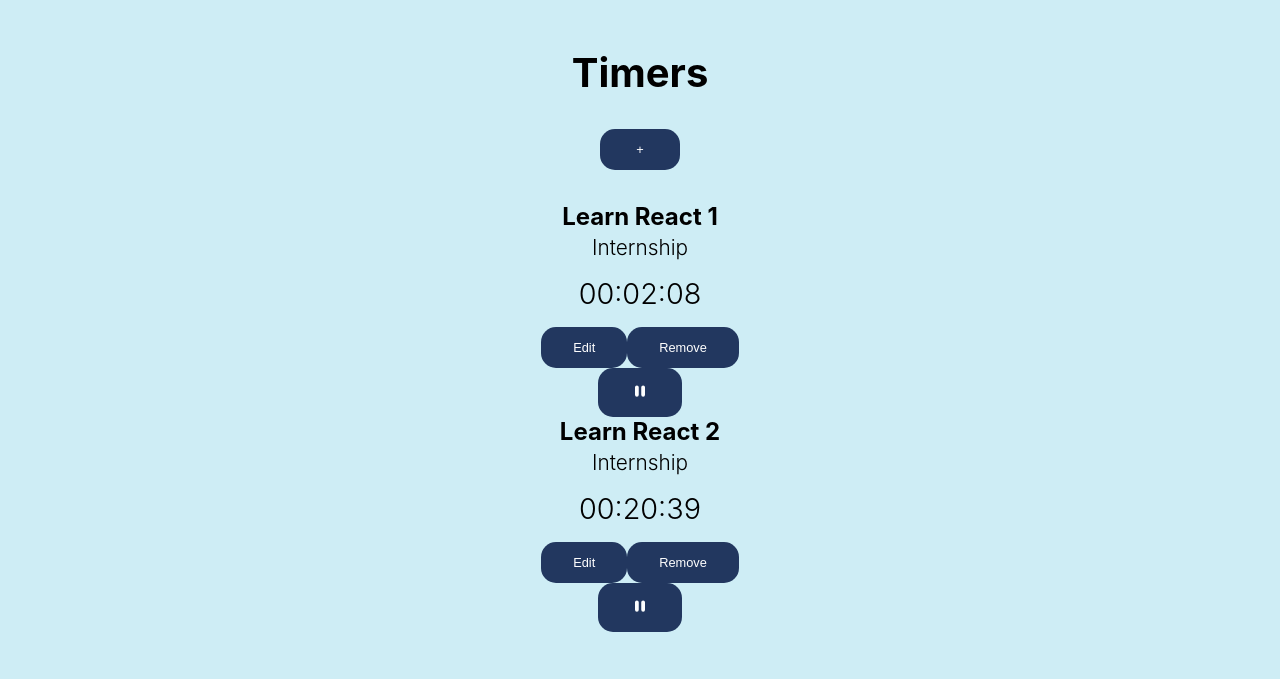
Repository: dqhuy153/react-timer
Page: /
These files come from the project's save history. The page is drawn as it stood at one moment and after the next save; the edit follows.
The browser window is 1280 px wide. The pictures show the whole page.
The project was rebuilt for these pictures with package versions that can differ from the ones it lists, and the page was loaded fresh each time. Also part of the build but not shown: src/components/TimerForm/TimerForm.module.scss, src/components/TimerForm/index.jsx, src/components/EditableTimerForm/EditableTimerForm.module.scss.

Above is the page before, as saved 2021-10-26 17:25:36.

### src/index.css
* {
  padding: 0;
  margin: 0;
  box-sizing: border-box;
}

body {
  margin: 0;
  font-family: -apple-system, BlinkMacSystemFont, 'Segoe UI', 'Roboto', 'Oxygen',
    'Ubuntu', 'Cantarell', 'Fira Sans', 'Droid Sans', 'Helvetica Neue',
    sans-serif;
  -webkit-font-smoothing: antialiased;
  -moz-osx-font-smoothing: grayscale;

  font-size: 62.5%;
}

code {
  font-family: source-code-pro, Menlo, Monaco, Consolas, 'Courier New',
    monospace;
}

### src/App.js
import { useEffect, useRef, useState } from 'react';
import './App.scss';

import EditableTimerForm from './components/EditableTimerForm';
import ToggleableTimerForm from './components/ToggeableTimerForm';
import { newTimer } from './utils/TimerUtils';

function App() {
  const timerRef = useRef();
  const [timers, setTimers] = useState([
    {
      id: 1,
      title: 'Learn React 1',
      project: 'Internship',
      time: 123454,
      isRunning: true,
    },
    {
      id: 2,
      title: 'Learn React 2',
      project: 'Internship',
      time: 1234545,
      isRunning: true,
    },
  ]);

  const handleUpdateTimer = (data) => {
    let newTimers;

    //if has no id, create a new one
    if (!data.id) {
      newTimers = [
        newTimer({
          title: data.title,
          project: data.project,
        }),
        ...timers,
      ];
    }
    //update existing timer
    else {
      newTimers = timers.map((timer, idx) => {
        if (timer.id === data.id) {
          return {
            ...timer,
            title: data.title,
            project: data.project,
          };
        }

        return timer;
      });
    }

    setTimers(newTimers);
  };

  useEffect(() => {
    clearTimeout(timerRef.current);

    timerRef.current = setTimeout(() => {
      const newTimers = timers.map((timer, idx) => {
        if (timer.isRunning)
          return {
            ...timer,
            time: timer.time + 1000,
          };

        return timer;
      });

      setTimers(newTimers);
    }, 1000);
  }, [timers]);

  return (
    <div className="App">
      <div className="body">
        <h1>Timers</h1>

        <ToggleableTimerForm onUpdate={handleUpdateTimer} />

        {timers.map((timer) => {
          return (
            <EditableTimerForm
              key={timer.id}
              id={timer.id}
              title={timer.title}
              project={timer.project}
              timer={timer.time}
              isRunning={timer.isRunning}
            />
          );
        })}
      </div>
    </div>
  );
}

export default App;

### src/App.scss
.App {
  background: #ceedf5;
}

.body {
  display: flex;
  justify-content: flex-start;
  align-items: center;
  flex-direction: column;
  padding: 3rem 0;
  height: 100vh;

  h1 {
    font-size: 2.5rem;
  }
}

### src/components/EditableTimerForm/index.jsx
import React, { useState } from 'react';
import Timer from '../Timer';
import TimerForm from '../TimerForm';

import styles from './EditableTimerForm.module.scss';

const EditableTimerForm = ({
  id,
  title,
  project,
  timer,
  isRunning,
  onUpdate,
  onRemove,
  onTimerClick,
}) => {
  const [isEdit, setIsEdit] = useState(false);

  const handleOpenEdit = () => {
    setIsEdit(true);
  };

  const handleCloseEdit = () => {
    setIsEdit(false);
  };

  const handleUpdate = (data) => {
    onUpdate(data);
    handleOpenEdit();
  };

  const content = isEdit ? (
    <TimerForm
      id={id}
      title={title}
      project={project}
      timer={timer}
      onCancel={handleCloseEdit}
      onUpdate={handleUpdate}
    />
  ) : (
    <Timer
      id={id}
      title={title}
      project={project}
      timer={timer}
      isRunning={isRunning}
      onEdit={handleOpenEdit}
      onRemove={onRemove}
      onTimerClick={onTimerClick}
    />
  );

  return <div className={styles.container}>{content}</div>;
};

export default EditableTimerForm;

### src/components/ToggeableTimerForm/index.jsx
import { useState } from 'react';
import Button from '../Button';
import TimerForm from '../TimerForm';

import styles from './ToggleableTimerForm.module.scss';

const ToggleableTimerForm = ({ onUpdate, ...props }) => {
  const [isOpen, setIsOpen] = useState(false);

  const handleOpenForm = () => {
    setIsOpen(true);
  };

  const handleCloseForm = () => {
    setIsOpen(false);
  };

  const handleUpdate = (data) => {
    onUpdate(data);
    handleCloseForm();
  };

  const content = isOpen ? (
    <TimerForm onCancel={handleCloseForm} onUpdate={handleUpdate} />
  ) : (
    <Button onClick={handleOpenForm}>+</Button>
  );

  return <div className={styles.container}>{content}</div>;
};

export default ToggleableTimerForm;

### src/utils/TimerUtils.js
import { v4 as uuidv4 } from 'uuid';

export const millisecondsToHuman = (ms) => {
  const seconds = Math.floor((ms / 1000) % 60);
  const minutes = Math.floor((ms / 1000 / 60) % 60);
  const hours = Math.floor(ms / 1000 / 60 / 60);

  const humanized = [
    pad(hours.toString(), 2),
    pad(minutes.toString(), 2),
    pad(seconds.toString(), 2),
  ].join(':');

  return humanized;
};

const pad = (numberString, size) => {
  let padded = numberString;
  while (padded.length < size) {
    padded = `0${padded}`;
  }
  return padded;
};

export const newTimer = (attrs = {}) => {
  const timer = {
    title: attrs.title || 'Timer',
    project: attrs.project || 'Project',
    id: uuidv4(),
    time: 0,
    isRunning: false,
  };

  return timer;
};

### src/components/Timer/index.jsx
import React from 'react';
import { BsPauseFill, BsPlayFill } from 'react-icons/bs';

import { millisecondsToHuman } from '../../utils/TimerUtils';
import Button from '../Button';
import styles from './Timer.module.scss';

const Timer = ({
  title,
  project,
  timer,
  isRunning,
  onEdit,
  onRemove,
  onTimerClick,
}) => {
  const buttonLabel = isRunning ? (
    <BsPauseFill size={20} />
  ) : (
    <BsPlayFill size={20} />
  );

  return (
    <div className={styles.container}>
      <h2>{title}</h2>
      <p>{project}</p>
      <p className={styles.timer}>{millisecondsToHuman(timer)}</p>

      <div>
        <Button onClick={onEdit}>Edit</Button>
        <Button onClick={onRemove}>Remove</Button>
      </div>

      <Button className={styles.timer_btn} onClick={onTimerClick}>
        {buttonLabel}
      </Button>
    </div>
  );
};

export default Timer;

### src/components/Button/index.jsx
import React from 'react';

import styles from './Button.module.scss';

const Button = ({
  children,
  onClick,
  className,
  bgColor = '#22375f',
  color = '#fff',
  hoverColor = '#22375f',
  hoverBgColor = '#fff',
  ...rest
}) => {
  return (
    <button
      style={{
        '--bg-color': bgColor,
        '--color': color,
        '--hover-color': hoverColor,
        '--hover-bg-color': hoverBgColor,
      }}
      className={`${styles.container} ${className}`}
      onClick={onClick}
      children={children}
      {...rest}
    ></button>
  );
};

export default Button;

### src/components/ToggeableTimerForm/ToggleableTimerForm.module.scss
.container {
  margin: 2rem;
}

### src/components/Timer/Timer.module.scss
.container {
  text-align: center;

  h2 {
    font-size: 1.5rem;
    margin-bottom: 0.3rem;
  }
  p {
    font-size: 1.3rem;
    font-weight: 300;
    margin-bottom: 1rem;
  }

  .timer {
    font-size: 1.8rem;
  }
}

### src/components/Button/Button.module.scss
.container {
  padding: 0.8rem 2rem;
  min-width: 5rem;
  border: none;
  color: var(--color);
  border-radius: 15px;
  background: var(--bg-color);
  font-size: 0.8rem;
  cursor: pointer;
  transition: all 0.2s linear;

  &:hover {
    box-shadow: rgba(100, 100, 111, 0.3) 0px 7px 29px 0px;
    background: var(--hover-bg-color);
    color: var(--hover-color);
    font-weight: bold;
  }

  &:active {
    transform: translateY(2px);
  }
}

Loaded but not shown: public/index.html (common file); src/index.js (common file); src/reportWebVitals.js (common file)

After the next save:
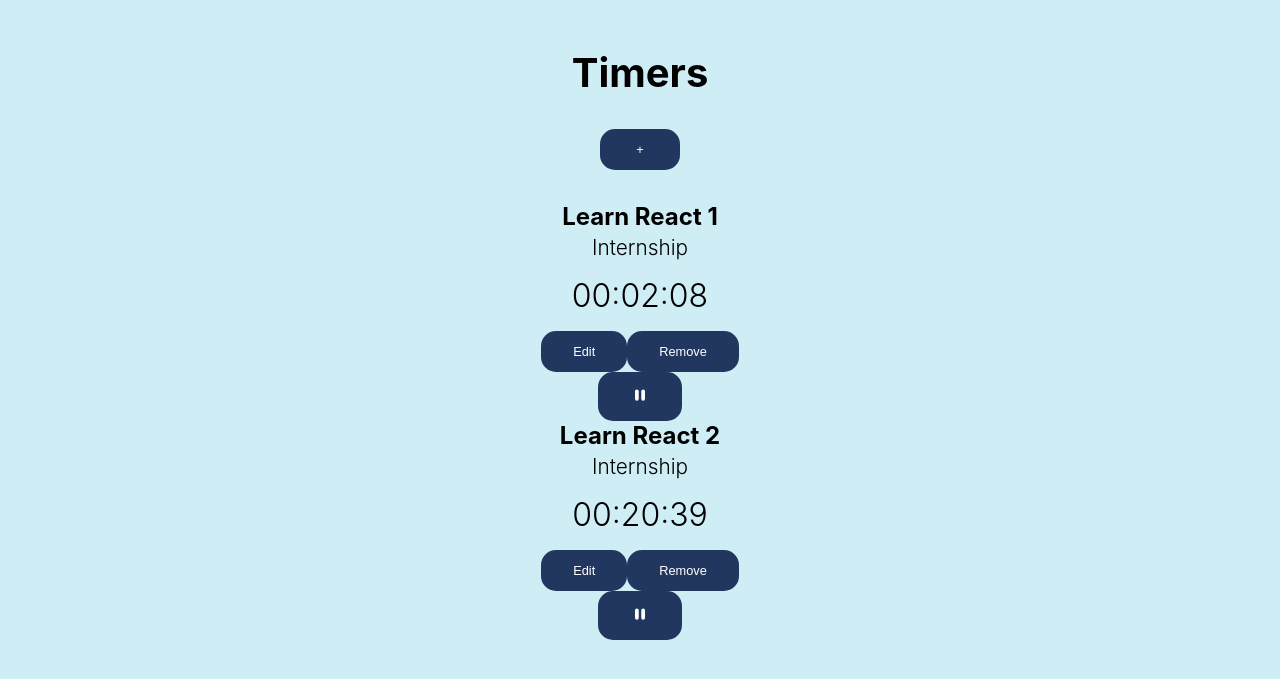
Saved 4 s later.
--- a/src/components/Timer/Timer.module.scss
+++ b/src/components/Timer/Timer.module.scss
@@ -12,6 +12,6 @@
   }
 
   .timer {
-    font-size: 1.8rem;
+    font-size: 2rem;
   }
 }
